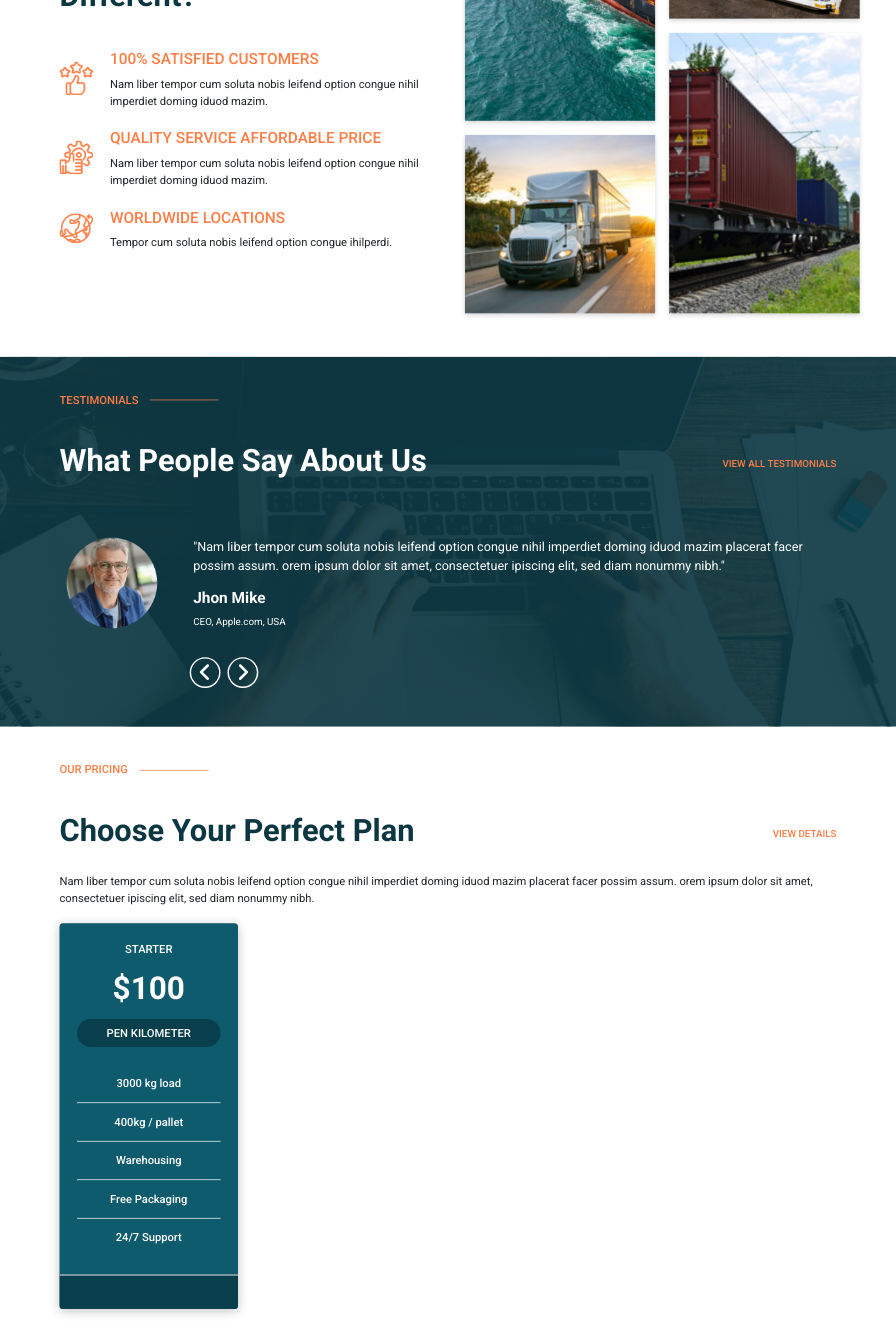
Repository: nazmulalok/shipping-theme
Page: index.html
These files come from the project's save history. The page is drawn as it stood at one moment and after a run of saves; the edit follows.
The browser window is 1280 px wide. The pictures show the part of the page from y = 2697 to 4617 px (the page is 4617 px tall), at 70% of full size.
Some web libraries are served in a nearby version.

Above is the page before, as saved 2022-10-09 15:51:15.

After the next 3 saves:
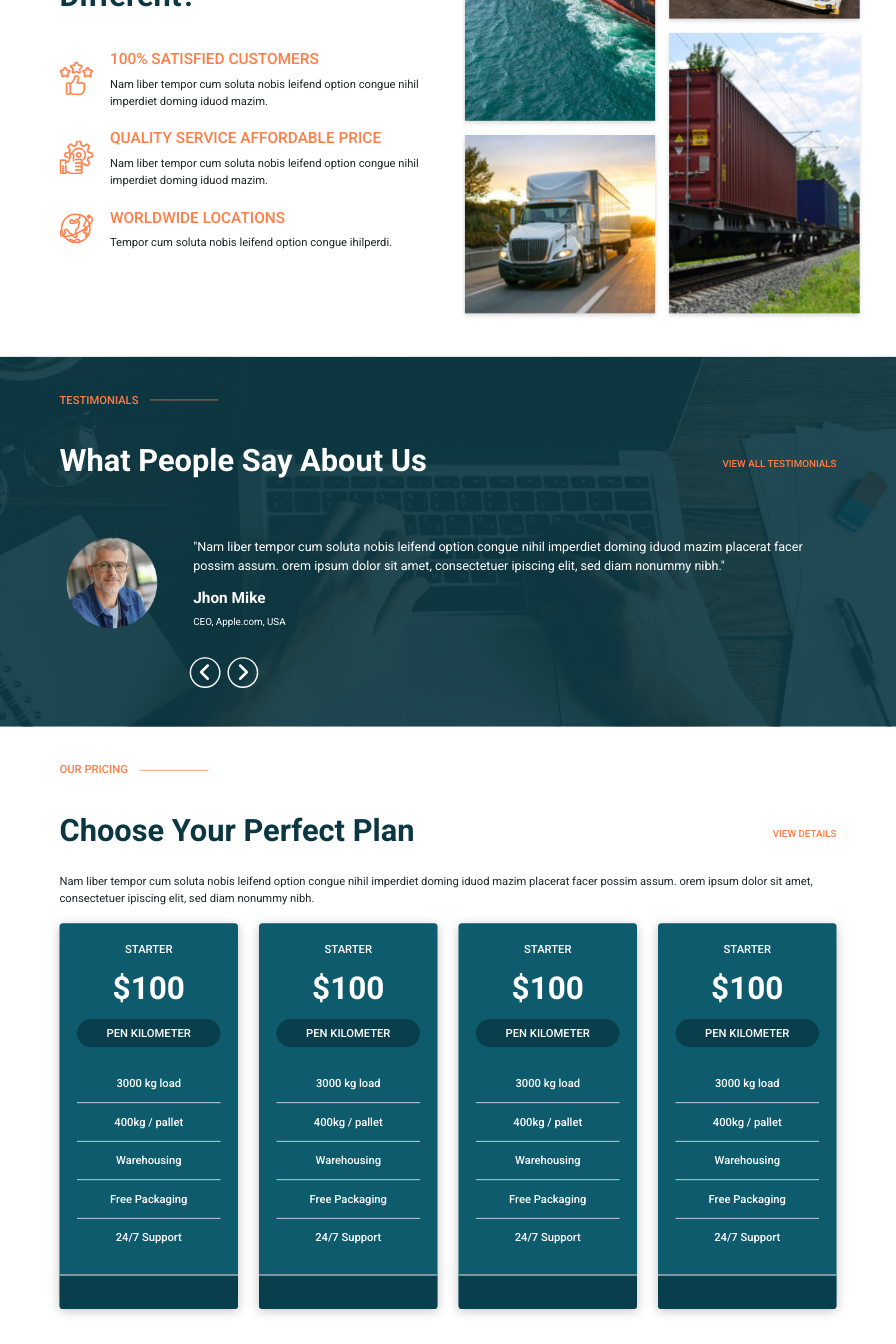
The 3 saves are shown as one change because they came seconds apart.
The last was saved 110 s later.
--- a/index.html
+++ b/index.html
@@ -369,13 +369,67 @@
                         </div>
                     </div>
                     <div class="col-lg-3">
-
+                        <div class="common-box bg-blue">
+                            <div class="content">
+                                <div class="pricing-title">
+                                    <span>Starter</span>
+                                    <span>$100</span>
+                                    <span>Pen Kilometer</span>
+                                </div>
+                                <ul class="pricing-features">
+                                    <li>3000 kg load</li>
+                                    <li>400kg / pallet</li>
+                                    <li>Warehousing</li>
+                                    <li>Free Packaging</li>
+                                    <li>24/7 Support</li>
+                                </ul>
+                            </div>
+                            <div class="pricing-footer">
+
+                            </div>
+                        </div>
                     </div>
                     <div class="col-lg-3">
-
+                        <div class="common-box bg-blue">
+                            <div class="content">
+                                <div class="pricing-title">
+                                    <span>Starter</span>
+                                    <span>$100</span>
+                                    <span>Pen Kilometer</span>
+                                </div>
+                                <ul class="pricing-features">
+                                    <li>3000 kg load</li>
+                                    <li>400kg / pallet</li>
+                                    <li>Warehousing</li>
+                                    <li>Free Packaging</li>
+                                    <li>24/7 Support</li>
+                                </ul>
+                            </div>
+                            <div class="pricing-footer">
+
+                            </div>
+                        </div>
                     </div>
                     <div class="col-lg-3">
-
+                        <div class="common-box bg-blue">
+                            <div class="content">
+                                <div class="pricing-title">
+                                    <span>Starter</span>
+                                    <span>$100</span>
+                                    <span>Pen Kilometer</span>
+                                </div>
+                                <ul class="pricing-features">
+                                    <li>3000 kg load</li>
+                                    <li>400kg / pallet</li>
+                                    <li>Warehousing</li>
+                                    <li>Free Packaging</li>
+                                    <li>24/7 Support</li>
+                                </ul>
+                            </div>
+                            <div class="pricing-footer">
+
+                            </div>
+                        </div>
                     </div>
                 </div>
             </div>
